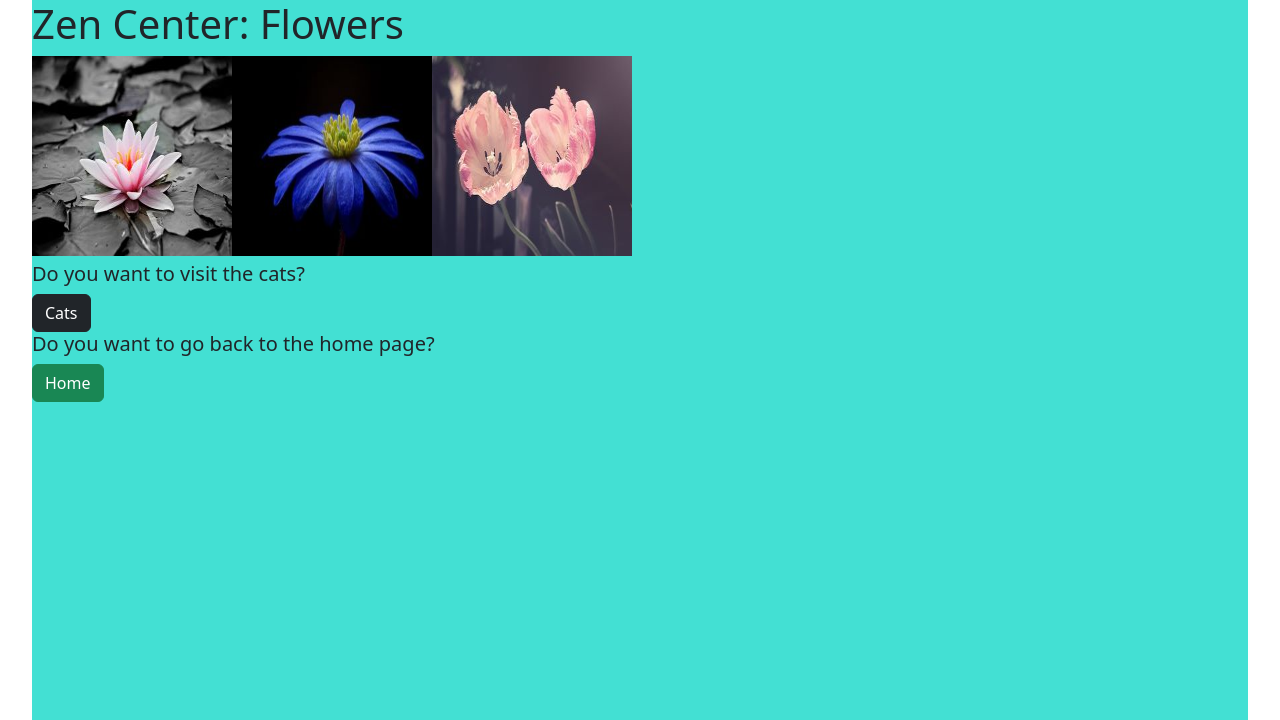
Repository: collegedude9300/zenstationnext
Page: /Flower
An editor plug-in stored every save of this project. The page is shown before and after the next save, followed by the edit.
The browser window is 1280 px wide. The pictures show the whole page.
The project was rebuilt for these pictures with package versions that can differ from the ones it lists, and the page was loaded fresh each time. The framework's server and built-in components were replaced by stand-ins that run in the browser. Also part of the build but not shown: next.config.js.

Above is the page before, as saved 2023-04-14 21:31:59.

### pages/_app.js
import '../styles/globals.css'
function MyApp({ Component, pageProps }) {
  return <Component {...pageProps} />
}
export default MyApp

### pages/Flower.js
import Head from 'next/head'
import Image from 'next/image'
import styles from '../styles/Home.module.css'
import 'bootstrap/dist/css/bootstrap.css'
import Link from 'next/link'
export default function Flower() {
return (
    <div className={styles.container}>
      <Head>
        <title>About</title>
        <meta name="description" content="Generated by create next app" />
        <link rel="icon" href="/favicon.ico" />
      </Head>
      <main className={styles.pages}>
      <h1>Zen Center: Flowers</h1>
        <Image src="/flower_one.jpg" alt="flower"width="200px"height="200px"/>
        <Image src="/flower_two.jpg" alt="flower" width="200px"height="200px"/>
        <Image src="/flower_three.jpg" alt="flower" width="200px"height="200px"/>
        <br/>
        <h5>Do you want to visit the cats?</h5>
        <Link href="/Cat">
          <a className="btn btn-dark">Cats</a>
          </Link>
        <h5>Do you want to go back to the home page?</h5>
        <Link href="/">
        <a className="btn btn-success">Home</a>
        </Link>
      </main>
      </div>
)}

### styles/Home.module.css
.container {
  padding: 0 2rem;
}
.pages{
  background-color: #43e0d3;
  min-height: 100vh;
}
.errorMessage {

  color: red;
  font-size: 20px ;

}
.quote {
  font-size: 35px;
  color: rgb(243, 14, 7);
}
.successMessage {

  color: green;
  font-size: 30px;
  display:none;
  margin-bottom:20px;
}
.login {
  min-height: 100vh;
  padding: 4rem 0;
  flex: 1;
  display: flex;
  flex-direction: column;
  justify-content: center;
  align-items: center;
  background-color: #ffc400;
}
.main {
  min-height: 100vh;
  padding: 4rem 0;
  flex: 1;
  display: flex;
  flex-direction: column;
  justify-content: center;
  align-items: center;
}
.aboutBio {

  margin: 0;
  line-height: 1.15;
  font-size: 4rem;
  text-align: center;
}
.footer {
  display: flex;
  flex: 1;
  padding: 2rem 0;
  border-top: 1px solid #eaeaea;
  justify-content: center;
  align-items: center;
}

.footer a {
  display: flex;
  justify-content: center;
  align-items: center;
  flex-grow: 1;
}

.title a {
  color: #0070f3;
  text-decoration: none;
}

.title a:hover,
.title a:focus,
.title a:active {
  text-decoration: underline;
}

.title {
  margin: 0;
  line-height: 1.15;
  font-size: 4rem;
}

.title,
.description {
  text-align: center;
}

.description {
  margin: 4rem 0;
  line-height: 1.5;
  font-size: 1.5rem;
}

.code {
  background: #fafafa;
  border-radius: 5px;
  padding: 0.75rem;
  font-size: 1.1rem;
  font-family: Menlo, Monaco, Lucida Console, Liberation Mono, DejaVu Sans Mono,
    Bitstream Vera Sans Mono, Courier New, monospace;
}

.grid {
  display: flex;
  align-items: center;
  justify-content: center;
  flex-wrap: wrap;
  max-width: 800px;
}

.card {
  margin: 1rem;
  padding: 1.5rem;
  text-align: left;
  color: inherit;
  text-decoration: none;
  border: 1px solid #eaeaea;
  border-radius: 10px;
  transition: color 0.15s ease, border-color 0.15s ease;
  max-width: 300px;
}

.card:hover,
.card:focus,
.card:active {
  color: #0070f3;
  border-color: #0070f3;
}

.card h2 {
  margin: 0 0 1rem 0;
  font-size: 1.5rem;
}

.card p {
  margin: 0;
  font-size: 1.25rem;
  line-height: 1.5;
}

.logo {
  height: 1em;
  margin-left: 0.5rem;
}

@media (max-width: 600px) {
  .grid {
    width: 100%;
    flex-direction: column;
  }
}

@media (prefers-color-scheme: dark) {
  .card,
  .footer {
    border-color: #222;
  }
  .code {
    background: #111;
  }
  .logo img {
    filter: invert(1);
  }
}

Loaded but not shown: styles/globals.css (common file)

After the next save:
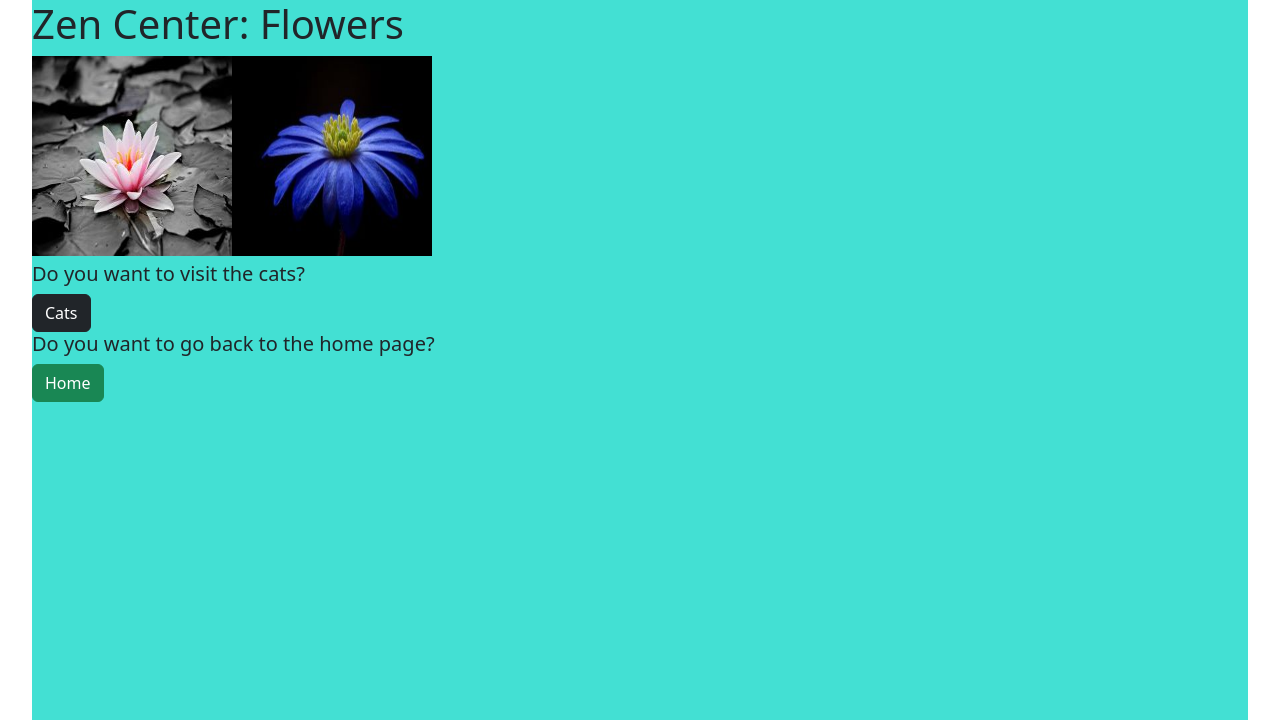
Saved 76 s later.
--- a/pages/Flower.js
+++ b/pages/Flower.js
@@ -15,7 +15,6 @@ return (
       <h1>Zen Center: Flowers</h1>
         <Image src="/flower_one.jpg" alt="flower"width="200px"height="200px"/>
         <Image src="/flower_two.jpg" alt="flower" width="200px"height="200px"/>
-        <Image src="/flower_three.jpg" alt="flower" width="200px"height="200px"/>
         <br/>
         <h5>Do you want to visit the cats?</h5>
         <Link href="/Cat">
